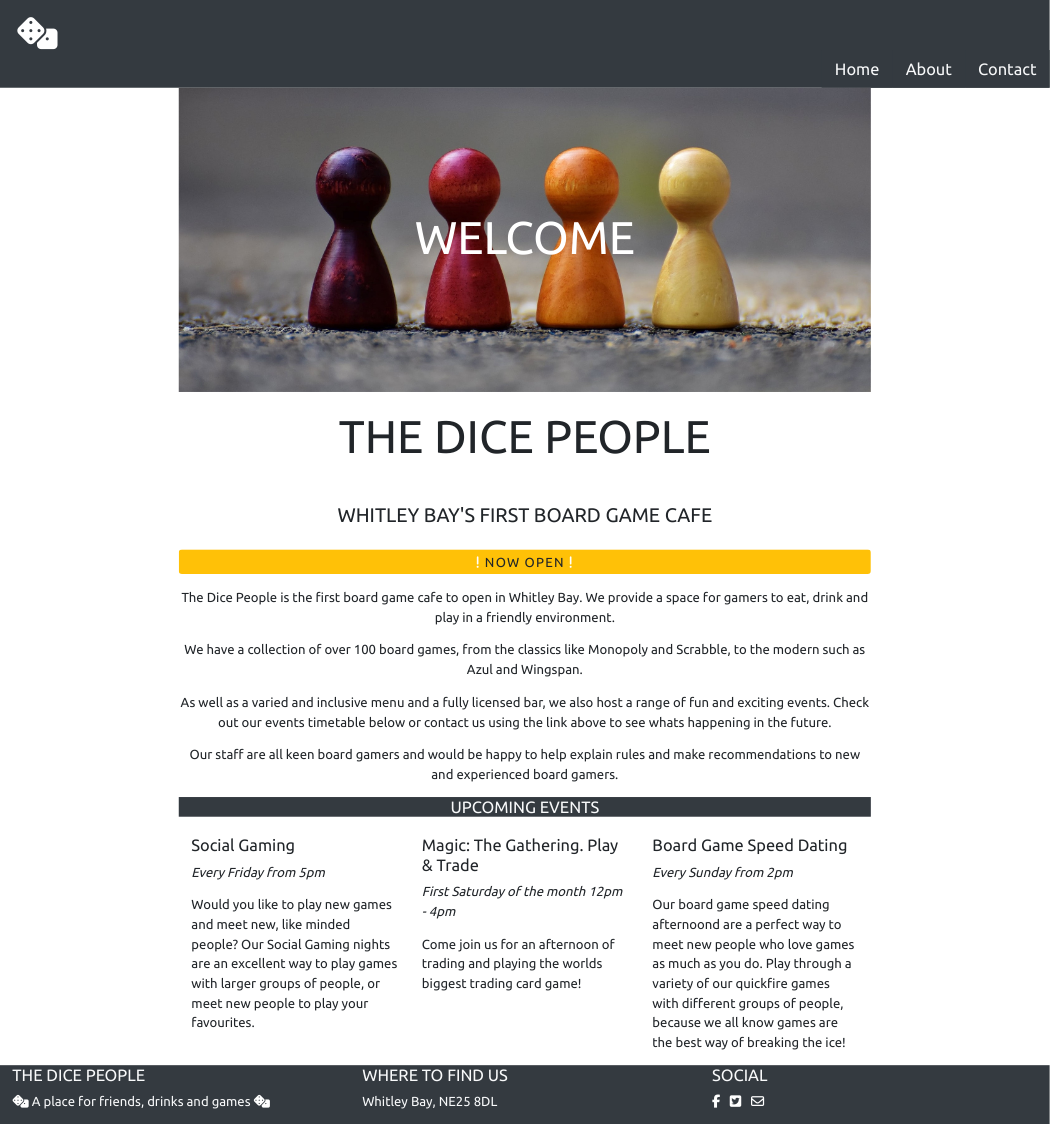
Repository: Code-Institute-Submissions/eleanorpro-milestoneproject1
Page: index.html
The author's editor kept a record of every edit. The page is drawn from the files as they stood at one moment, then again after the next edit.
The browser window is 1280 px wide. The page is 1295 px wide, so the pictures cover 1295 px, including what lies to the right of the window. The pictures show the whole page, at 82% of full size.
Some web libraries are served in a nearby version.

Above is the page before.

After the next edit:
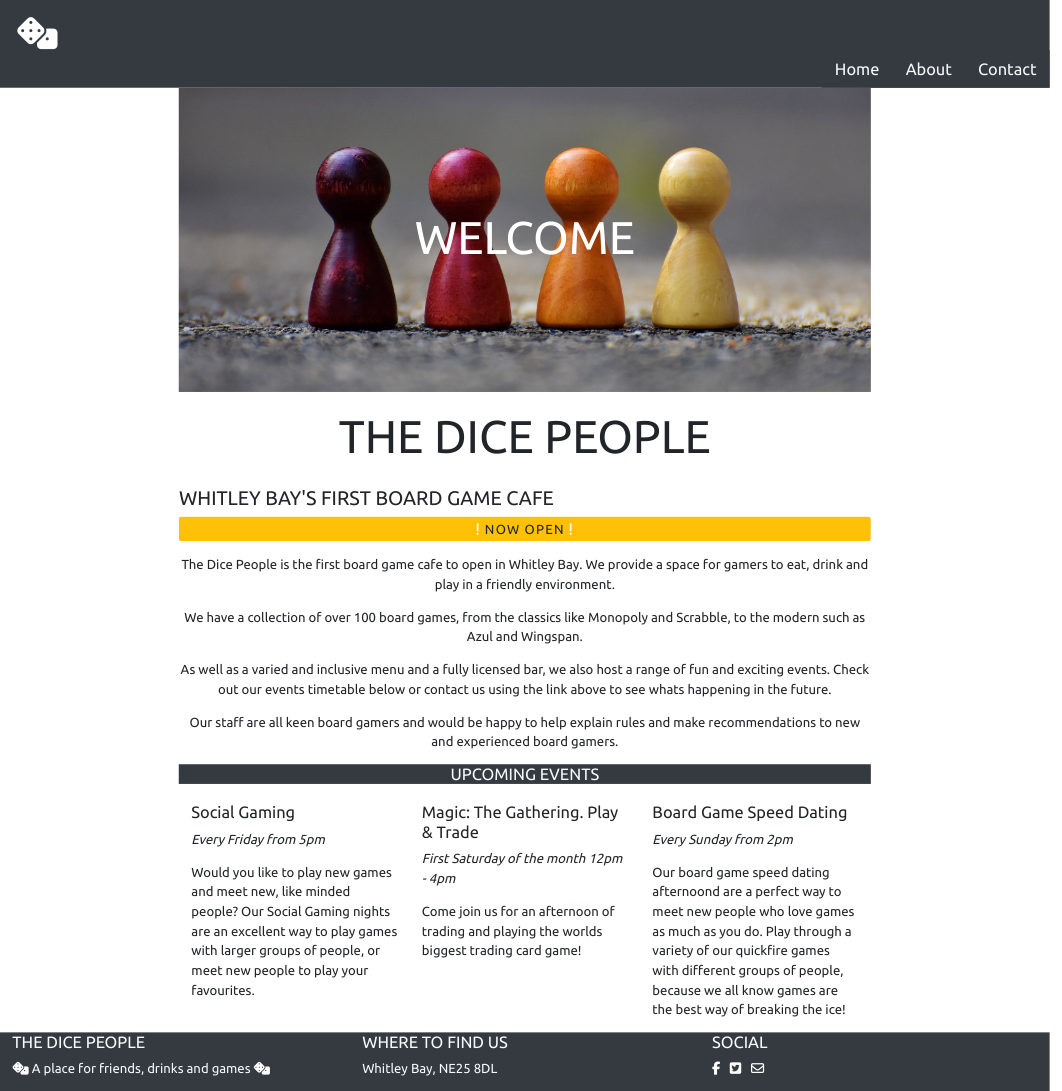
The edit:
--- a/index.html
+++ b/index.html
@@ -52,7 +52,8 @@
                 </div>
 
                 <h1 class="uppercase main-head display-4">The Dice People</h1>
-                <h4 class="main-head uppercase">Whitley Bay's first board game cafe</h4>
+                <h4 class="main-head2 uppercase">Whitley Bay's first board game cafe</h4>
+
                 <div class="alert bg-warning">
                     <p><i class="fas fa-exclamation"></i><span> NOW OPEN </span><i class="fas fa-exclamation"></i></p>
                 </div>

After the 2 edits that followed:
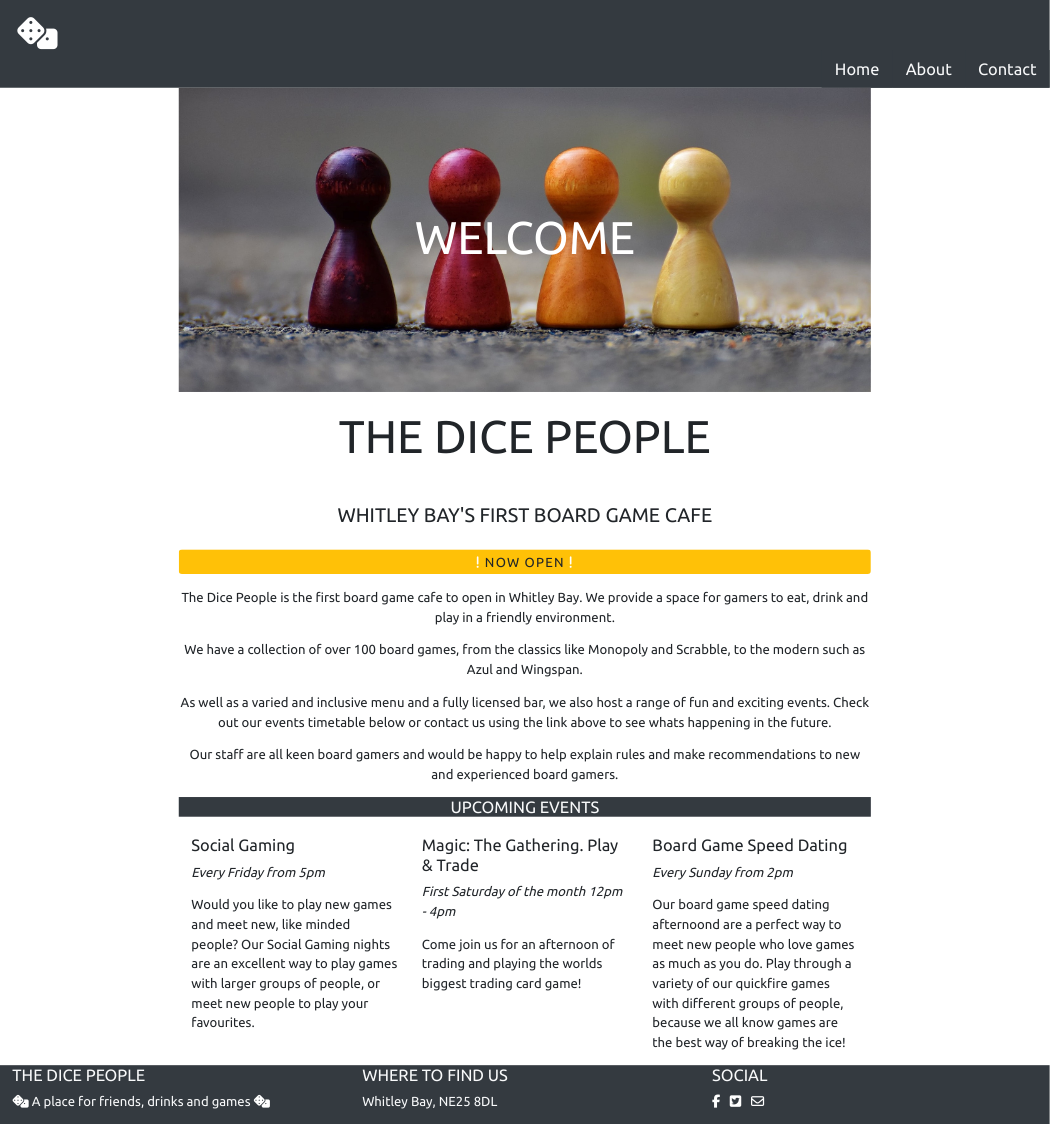
The 2 edits are shown as one change because 1 left the picture as it was.
The edit:
--- a/index.html
+++ b/index.html
@@ -45,14 +45,14 @@
                             <!-- I used https://www.w3schools.com/howto/howto_css_image_text.asp to help me put text over an image -->
                             <img class="bg-image" src="media/images/pieces.jpeg" alt="board game playing pieces">
                             <div class="centered">
-                                <h1 class="uppercase display-4">Welcome</h1>
+                                <h3 class="uppercase display-4">Welcome</h3>
                             </div>
                         </div>
                     </div>
                 </div>
 
                 <h1 class="uppercase main-head display-4">The Dice People</h1>
-                <h4 class="main-head2 uppercase">Whitley Bay's first board game cafe</h4>
+                <h4 class="main-head uppercase">Whitley Bay's first board game cafe</h4>
 
                 <div class="alert bg-warning">
                     <p><i class="fas fa-exclamation"></i><span> NOW OPEN </span><i class="fas fa-exclamation"></i></p>
